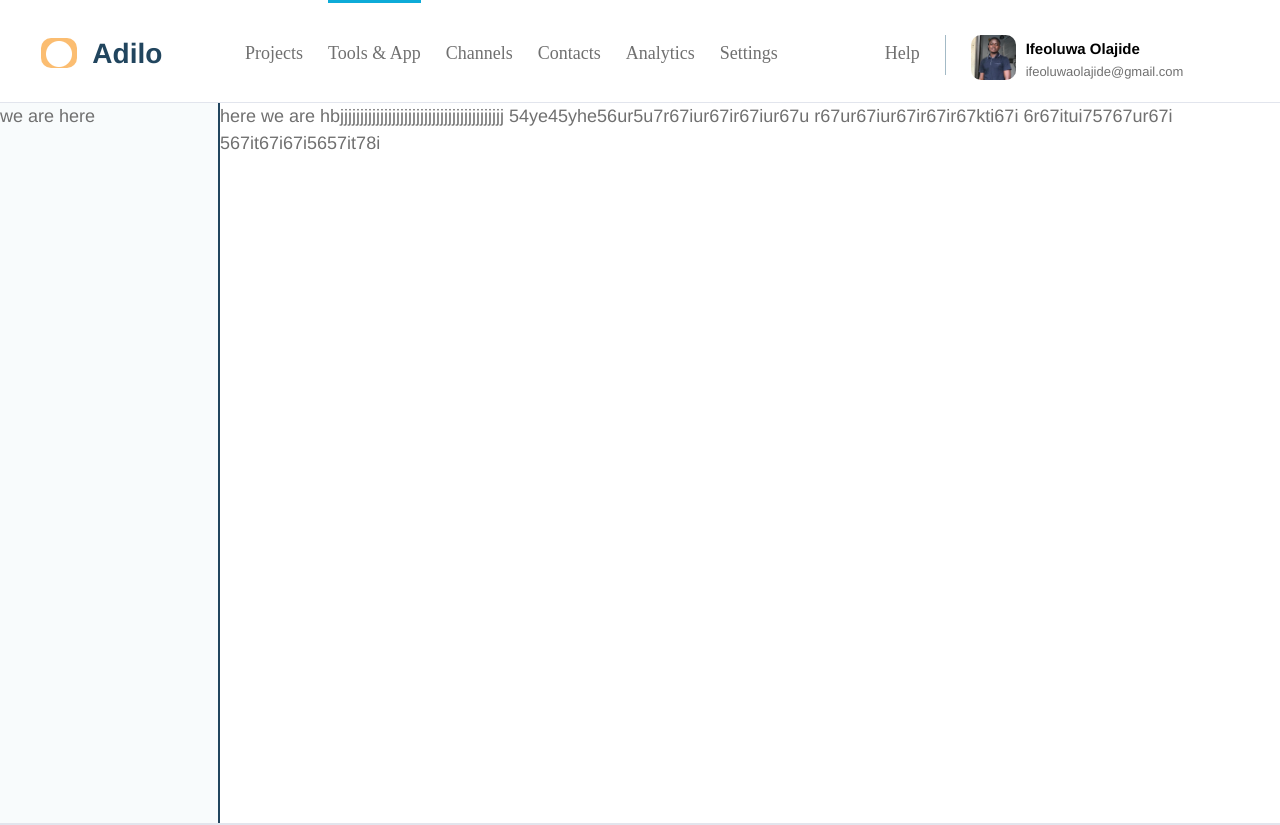
Repository: olhighjay/video_recorder
Page: /
These files come from the project's save history. The page is drawn as it stood at one moment and after the next save; the edit follows.
The browser window is 1280 px wide. The pictures show the whole page.
Some web libraries are served in a nearby version. The project was rebuilt for these pictures with package versions that can differ from the ones it lists, and the page was loaded fresh each time. Also part of the build but not shown: vue.config.js.

Above is the page before, as saved 2022-07-28 18:20:08.

### public/index.html
<!DOCTYPE html>
<html lang="">
  <head>
    <meta charset="utf-8">
    <meta http-equiv="X-UA-Compatible" content="IE=edge">
    <meta name="viewport" content="width=device-width,initial-scale=1.0">
    <link rel="icon" href="<%= BASE_URL %>favicon.ico">
    <title><%= htmlWebpackPlugin.options.title %></title>
    <link rel="stylesheet" href="https://cdn.jsdelivr.net/npm/bootstrap@4.0.0/dist/css/bootstrap.min.css" integrity="sha384-Gn5384xqQ1aoWXA+058RXPxPg6fy4IWvTNh0E263XmFcJlSAwiGgFAW/dAiS6JXm" crossorigin="anonymous">
  </head>
  <body>
    <noscript>
      <strong>We're sorry but <%= htmlWebpackPlugin.options.title %> doesn't work properly without JavaScript enabled. Please enable it to continue.</strong>
    </noscript>
    <div id="app"></div>
    <!-- built files will be auto injected -->


    <script src="https://code.jquery.com/jquery-3.2.1.slim.min.js" integrity="sha384-KJ3o2DKtIkvYIK3UENzmM7KCkRr/rE9/Qpg6aAZGJwFDMVNA/GpGFF93hXpG5KkN" crossorigin="anonymous"></script>
<script src="https://cdn.jsdelivr.net/npm/popper.js@1.12.9/dist/umd/popper.min.js" integrity="sha384-ApNbgh9B+Y1QKtv3Rn7W3mgPxhU9K/ScQsAP7hUibX39j7fakFPskvXusvfa0b4Q" crossorigin="anonymous"></script>
<script src="https://cdn.jsdelivr.net/npm/bootstrap@4.0.0/dist/js/bootstrap.min.js" integrity="sha384-JZR6Spejh4U02d8jOt6vLEHfe/JQGiRRSQQxSfFWpi1MquVdAyjUar5+76PVCmYl" crossorigin="anonymous"></script>
  </body>
</html>

### src/App.vue
<template>
  <!-- <img alt="Vue logo" src="./assets/logo.png"> -->
  <div>
    <navbar></navbar>
    <div id="main-flex">
      <div class="my-sidebar">
        we are here
      </div>
      <div class="my-main">
        here we are hbjjjjjjjjjjjjjjjjjjjjjjjjjjjjjjjjjjjjjjjjj
        54ye45yhe56ur5u7r67iur67ir67iur67u
        r67ur67iur67ir67ir67kti67i 6r67itui75767ur67i
        567it67i67i5657it78i
      </div>
    </div>
  </div>
</template>

<script>
// import HelloWorld from './components/HelloWorld.vue'
import Navbar from './layouts/Navbar.vue'

export default {
  name: 'App',
  components: {
    Navbar
  }
}
</script>

<style>

#main-flex {
  display: flex;
}
.my-sidebar {
  flex: 0 0 220px;
  height: 100vh;
  background-color: #ebf2f656;
  border-right: 2px solid #21455E;
  /* width:250px; */
}




#app {
  font-family: Avenir, Helvetica, Arial, sans-serif;
  -webkit-font-smoothing: antialiased;
  -moz-osx-font-smoothing: grayscale;
   /* text-align: center; */
   font-size: 18px;
  color: #707070;
  border-bottom: solid 2px #E2E5ED;
  width: 100vw;
  /* margin-top: 60px;  */
}


</style>

### src/layouts/Navbar.vue
<template>
    <nav class="">
      <div class="nav-logo-area">
        <div class="nav-logo-area-inner">
          <div class="white-logo-wrap">
            <span class="white-logo-bkg">
            <img alt="Adilo logo" src="../assets/swarm.png">
            </span>
          </div>
          <div class="adilo">Adilo</div>
        </div>
      </div>
      <div class="nav-tab">
        <ul class="my-nav-list">
          <li><a>Projects</a></li>
          <li class="active-nav-item"> <a>Tools & App</a></li>
          <li><a>Channels</a></li>
          <li><a>Contacts</a></li>
          <li><a>Analytics</a></li>
          <li><a>Settings</a></li>
        </ul>
      </div>
      <div class="nav-profile">
        <ul class="my-nav-list">
          <li><a>Help</a></li>
        </ul>
        <div class="profile-info">
          <div class="profile-border"></div>
          <div >
            <img alt="Profile Image" src="../assets/profile.jpg" class="profile-img">
          </div>
          <div style="margin-left:10px">
            <span class="profile-name">Ifeoluwa Olajide </span>
            <p class="profile-email">ifeoluwaolajide@gmail.com</p>
          </div>
        </div>
      </div>
    </nav>
</template>
<script>
export default {
    name: 'NavbarComponent'
}
</script>
<style>
     nav {
    display: flex;
    /* height: 69px; */
    padding: 0 0.032%;
    border-bottom: solid 1px #E2E5ED;
  }

  .nav-logo-area {
    flex: 0 0 16%;
    padding-left: 3.2%;
    padding-top: 19px;
    padding-bottom: 27px;
  }
  .nav-logo-area-inner {
    display: flex;
  }
  .nav-tab {
    flex: 0 0 50%;
  }
  .nav-profile {
    flex: 0 0 34%;
    display: flex;
  }
  .my-nav-list {
    list-style: none;
    padding-top: 40px;
  }
  .my-nav-list>li {
    display: inline;
    margin-right: 25px;
    padding-top: 40px;
  }
  .my-nav-list>li>a {
    text-align: left;
    font: normal normal normal 18px/27px Poppins;
    letter-spacing: 0px;
    color: #707070;
    opacity: 1
  }
  .white-logo-wrap {
    padding-top:21px;
  }
  .white-logo-bkg {
    background-color:#FBBD71;
    padding:5px;
    border-radius:10px;
  }
  .adilo {
    font-size:28px;
    margin-left:15px;
    font-weight:bold;
    color:#21455E;
    padding-top:14px;
  }
  .profile-info {
    padding-top:35px;
    display:flex;
  }
  .active-nav-item {
    border-top: 6px solid #0DABD8;
  }
  .profile-border {
    border-left: 1px solid #A3BAC6;
    padding-left:25px;
    height:40px;
  }
  .profile-img {
    width:45px; height: 45px;
    border-radius:10px;
  }
  .profile-name {
    font-weight:bold;
    font-size:15px;
    color:black;
  }
  .profile-email {
    font-size:13px;
  }
</style>

Loaded but not shown: src/main.js (common file)

After the next save:
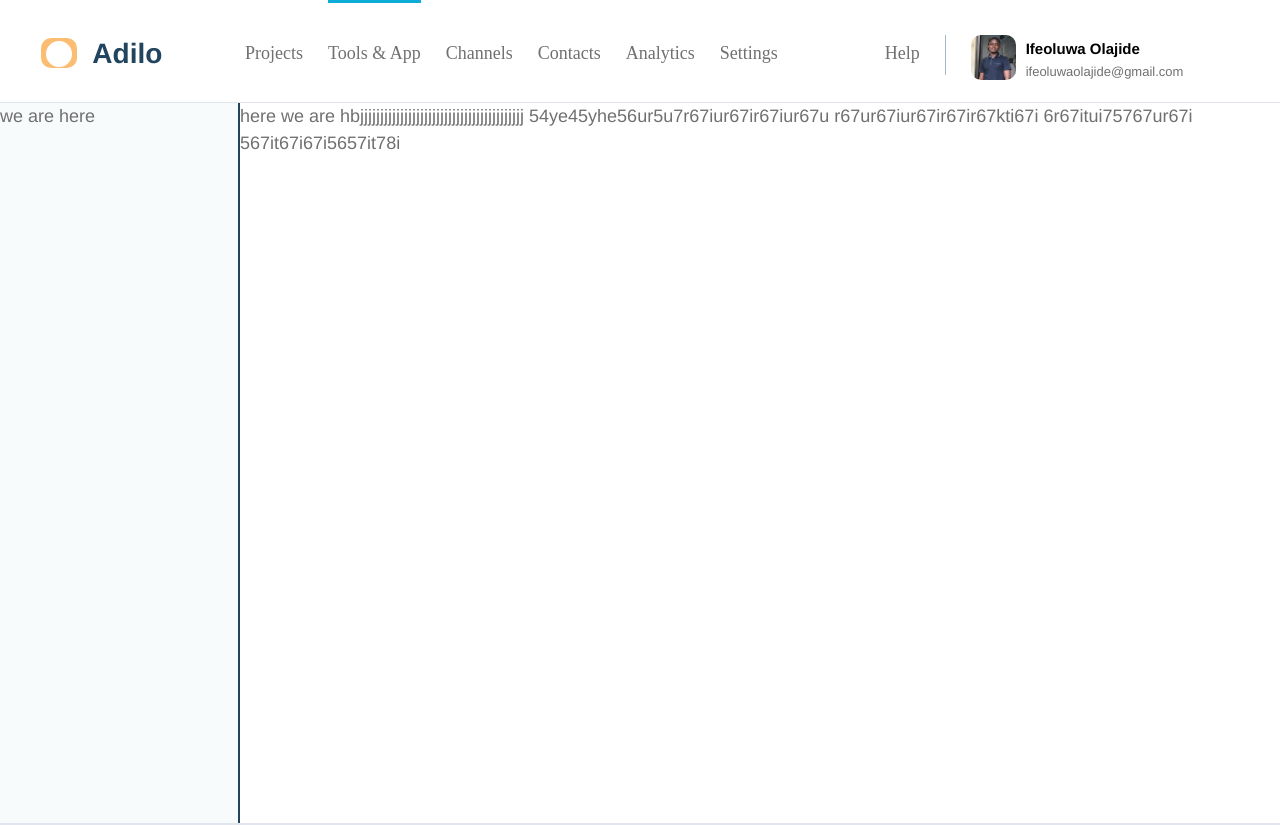
Saved 9 s later.
--- a/src/App.vue
+++ b/src/App.vue
@@ -34,7 +34,7 @@
   display: flex;
 }
 .my-sidebar {
-  flex: 0 0 220px;
+  flex: 0 0 240px;
   height: 100vh;
   background-color: #ebf2f656;
   border-right: 2px solid #21455E;
